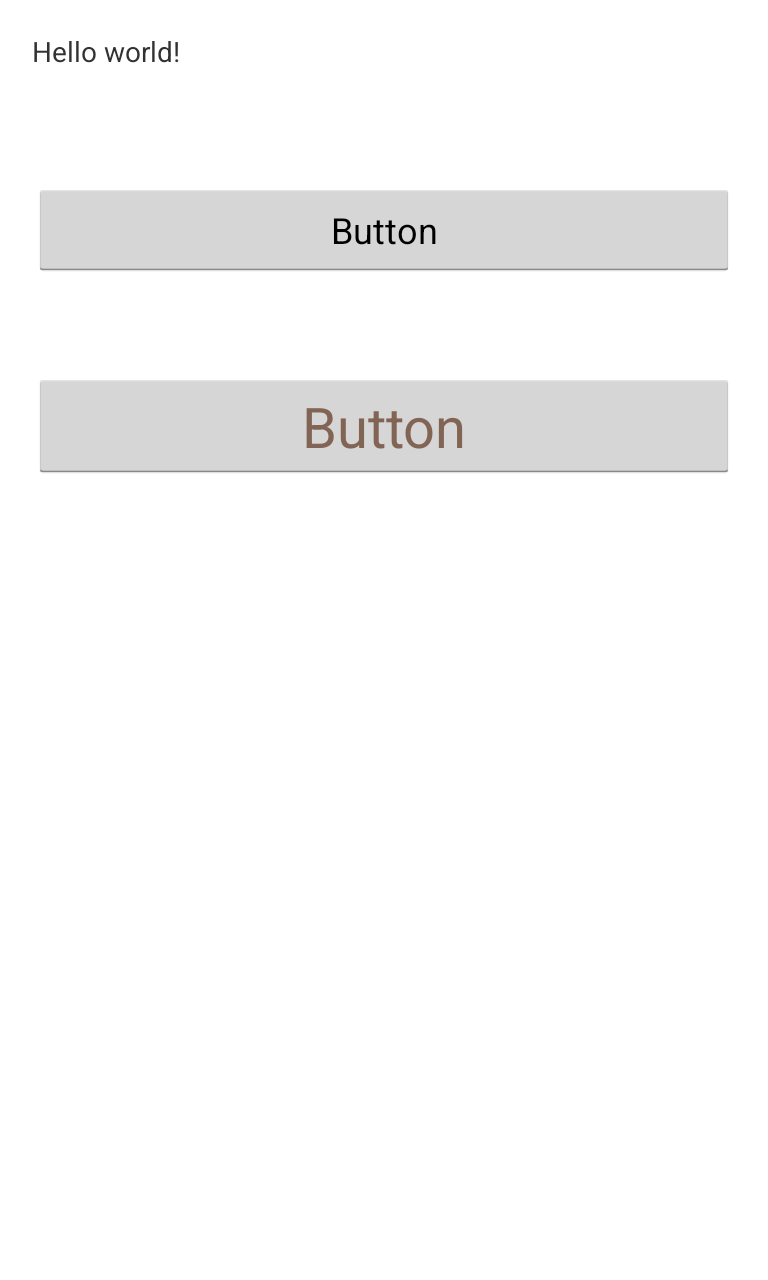
Repository: treizeor/android-examples
Layout: Ch003ThemeAndStyle/res/layout/fragment_main.xml
The author's editor kept a copy of each file at every save. The layout is drawn from the files as they stood at one save, then again after the next save.
It is drawn on a 768 x 1280 px phone screen (xhdpi) without system bars, with theme AppTheme; the app's code is not run.

Above is the layout before, as saved 2014-06-02 10:02:13.

### Ch003ThemeAndStyle/res/layout/fragment_main.xml
<RelativeLayout xmlns:android="http://schemas.android.com/apk/res/android"
    xmlns:tools="http://schemas.android.com/tools"
    android:layout_width="match_parent"
    android:layout_height="match_parent"
    android:paddingBottom="@dimen/activity_vertical_margin"
    android:paddingLeft="@dimen/activity_horizontal_margin"
    android:paddingRight="@dimen/activity_horizontal_margin"
    android:paddingTop="@dimen/activity_vertical_margin"
    tools:context="com.example.ch003themeandstyle.MainActivity$PlaceholderFragment" >

    <TextView
        android:id="@+id/textView1"
        android:layout_width="wrap_content"
        android:layout_height="wrap_content"
        android:text="@string/hello_world" />

    <Button
        android:id="@+id/button1"
        style="@style/BaseStyle"
        android:layout_alignLeft="@+id/textView1"
        android:layout_below="@+id/textView1"
        android:layout_marginTop="56dp"
        android:text="Button" />

    <Button
        android:id="@+id/button2"
        style="@style/BtnStyle"
        android:layout_alignRight="@+id/button1"
        android:layout_below="@+id/button1"
        android:layout_marginTop="47dp"
        android:text="Button" />

</RelativeLayout>

### Ch003ThemeAndStyle/res/values/styles.xml
<resources xmlns:android="http://schemas.android.com/apk/res/android">

    <!--
        Base application theme, dependent on API level. This theme is replaced
        by AppBaseTheme from res/values-vXX/styles.xml on newer devices.
    -->
    <style name="AppBaseTheme" parent="android:Theme.Light">
        <!--
            Theme customizations available in newer API levels can go in
            res/values-vXX/styles.xml, while customizations related to
            backward-compatibility can go here.
        -->
    </style>

    <!-- Application theme. -->
    <style name="AppTheme" parent="AppBaseTheme">
        <!-- All customizations that are NOT specific to a particular API-level can go here. -->
        <item name="android:windowNoTitle">true</item>
    </style>

    <style name="BaseStyle">
        <item name="android:layout_width">fill_parent</item>
        <item name="android:layout_height">wrap_content</item>
    </style>

    <style name="BtnStyle" parent="@style/BaseStyle">
        <item name="android:textColor">#826455</item>
        <item name="android:textSize">28dp</item>
    </style>

</resources>

### Ch003ThemeAndStyle/res/values/strings.xml
<?xml version="1.0" encoding="utf-8"?>
<resources>

    <string name="app_name">Ch003ThemeAndStyle</string>
    <string name="hello_world">Hello world!</string>
    <string name="action_settings">Settings</string>

</resources>

Loaded but not shown: Ch003ThemeAndStyle/res/values-v11/styles.xml (common file); Ch003ThemeAndStyle/res/values-v14/styles.xml (common file); Ch003ThemeAndStyle/res/values/dimens.xml (common file); Ch003ThemeAndStyle/res/values-w820dp/dimens.xml (common file)

After the next save:
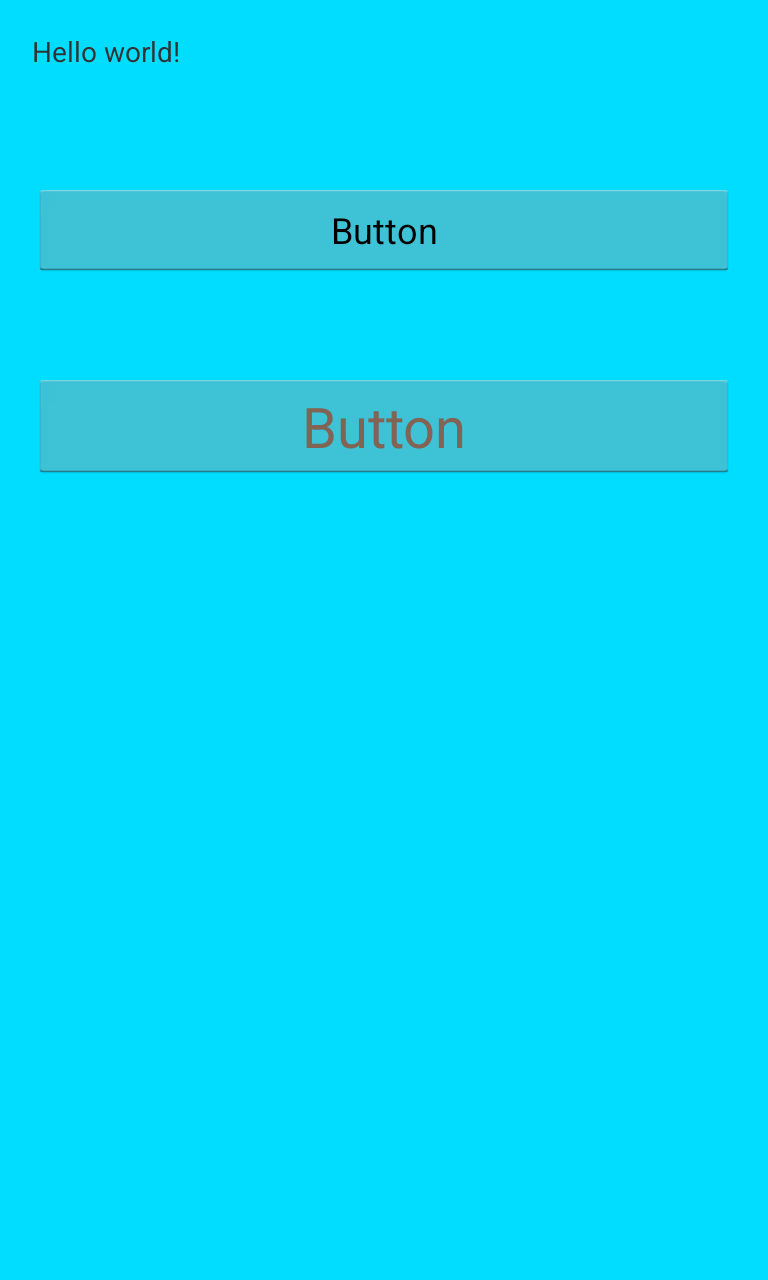
Saved 6 min 46 s later.
--- a/Ch003ThemeAndStyle/res/values/styles.xml
+++ b/Ch003ThemeAndStyle/res/values/styles.xml
@@ -15,7 +15,9 @@
     <!-- Application theme. -->
     <style name="AppTheme" parent="AppBaseTheme">
         <!-- All customizations that are NOT specific to a particular API-level can go here. -->
-        <item name="android:windowNoTitle">true</item>
+        <item name="android:windowBackground">@android:color/holo_blue_bright</item>
+        <item name="android:colorBackground">@android:color/holo_blue_bright</item>
+
     </style>
 
     <style name="BaseStyle">
